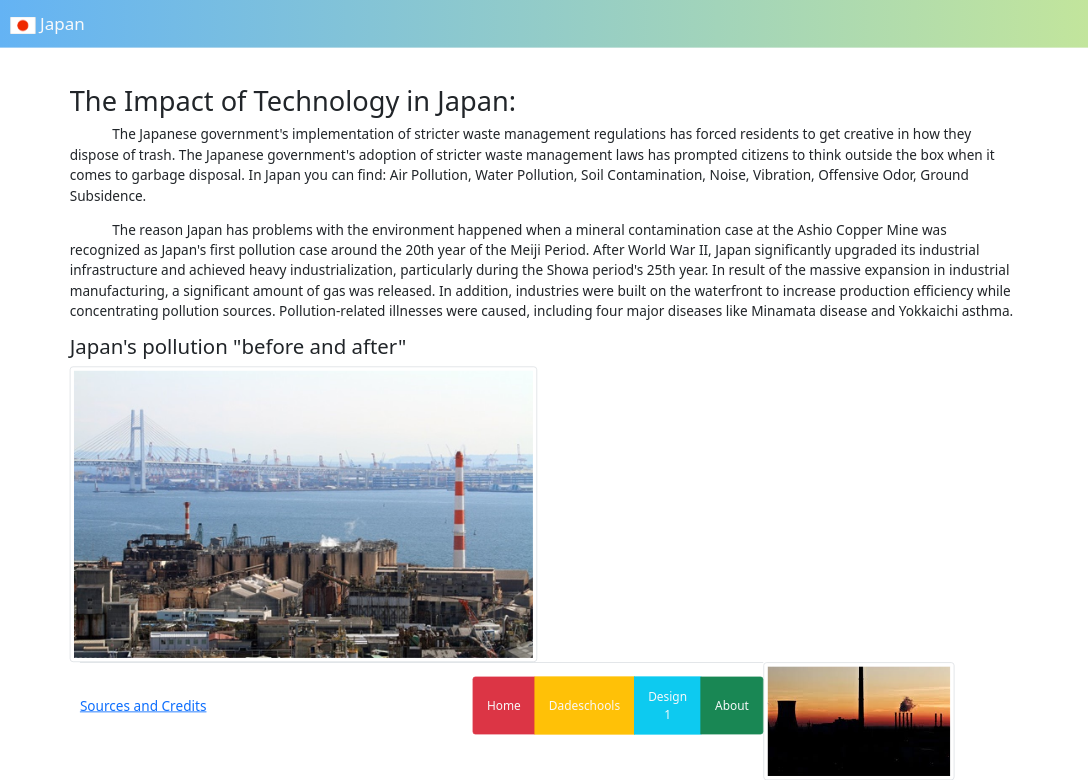
Repository: mrchilliballs/mrchilliballs.github.io
Page: untitled-2.html
The author's editor kept a copy of each file at every save. The page is drawn from the files as they stood at one save, then again after a run of saves.
The browser window is 1280 px wide. The pictures show the whole page, at 85% of full size.

Above is the page before, as saved 2021-09-02 19:05:53.

After the next 3 saves:
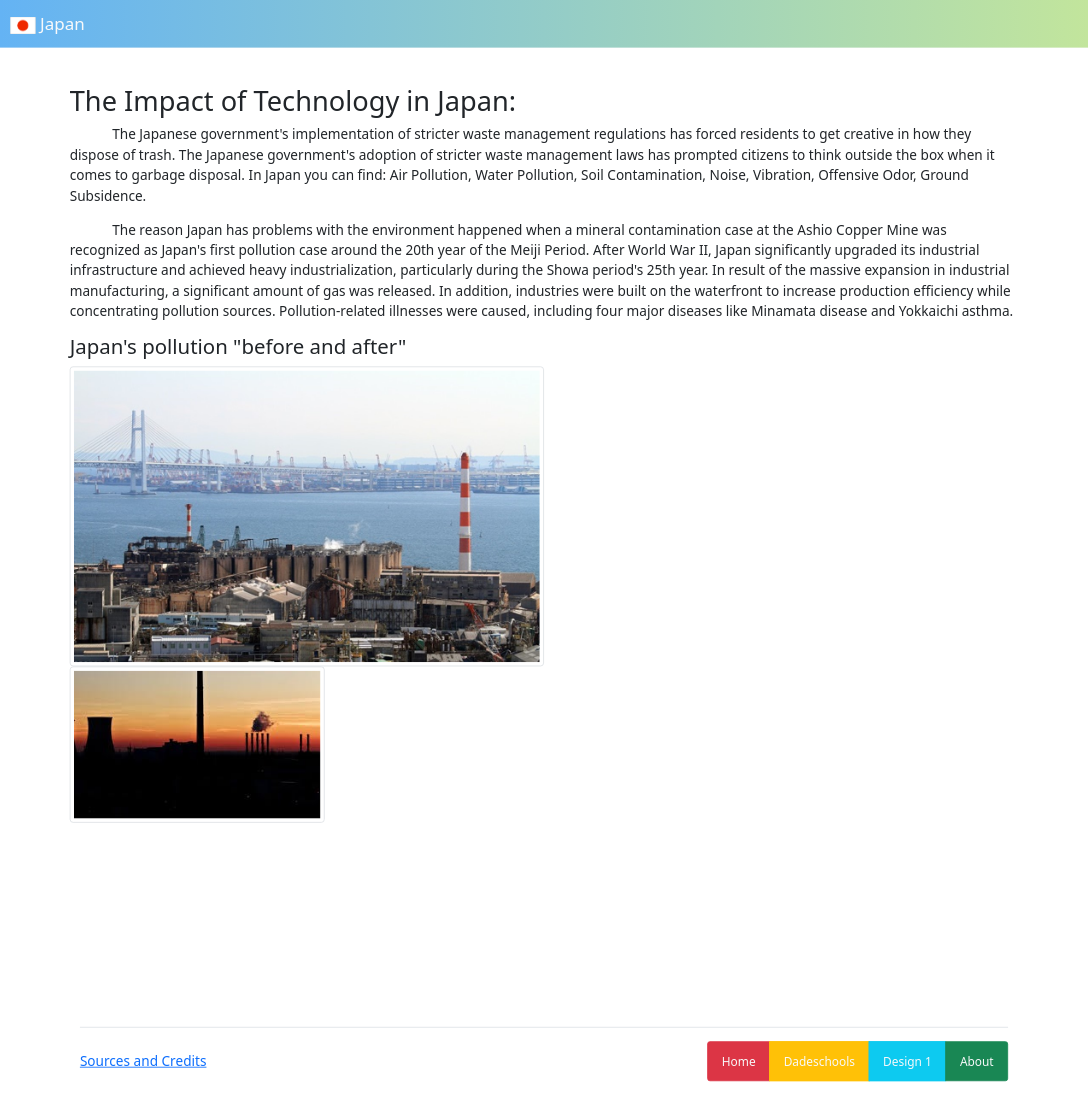
The 3 saves are shown as one change because they came seconds apart.
The last was saved 13 s later.
--- a/untitled-2.html
+++ b/untitled-2.html
@@ -36,8 +36,8 @@
 	<br></p><p style="text-indent: 50px;">The reason Japan has problems with the environment happened when a mineral contamination case at the Ashio Copper Mine was recognized as Japan's first pollution case around the 20th year of the Meiji Period. After World War II, Japan significantly upgraded its industrial infrastructure and achieved heavy industrialization, particularly during the Showa period's 25th year. In result of the massive expansion in industrial manufacturing, a significant amount of gas was released. In addition, industries were built on the waterfront to increase production efficiency while concentrating pollution sources. Pollution-related illnesses were caused, including four major diseases like Minamata disease and Yokkaichi asthma.
     </p>
     <h4>Japan's pollution "before and after"</h4>
-    <div class="float-start"><img src="Picture1.jpg" class="rounded img-thumbnail img-fluid" alt="..." height="50%" width="50%"></div>
-    <div class="float-end"><img src="Picture2.jpg" class="rounded img-thumbnail img-fluid" alt="..." height="75%" width="75%"></div>
+    <div class=""><img src="Picture1.jpg" class="rounded img-thumbnail img-fluid" alt="..." height="50%" width="50%"></div>
+    <div class=""><img src="Picture2.jpg" class="rounded img-thumbnail img-fluid" alt="..." height="75%"></div>
     <div style="margin-bottom: 15rem;"></div>
         <div class="container">
             <footer class="d-flex flex-wrap justify-content-between align-items-center py-3 my-4 border-top" style="">
